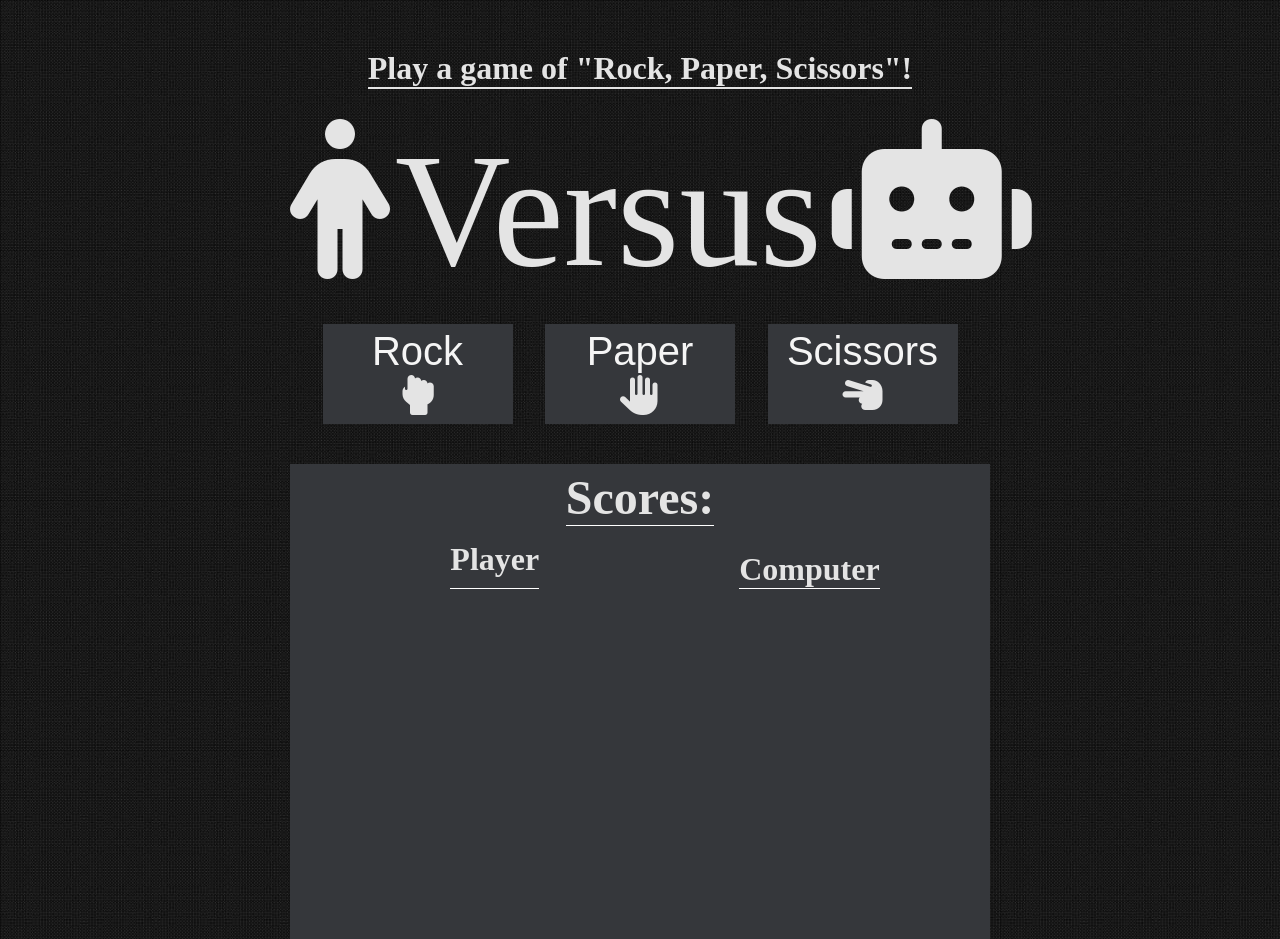
Repository: Pafestivo/rock-paper-scissors
Page: index.html
The author's editor kept a copy of each file at every save. The page is drawn from the files as they stood at one save, then again after the next save.
The browser window is 1280 px wide. The pictures show the whole page.
Some web libraries are served in a nearby version.

Above is the page before, as saved 2022-10-14 15:40:56.

After the next save:
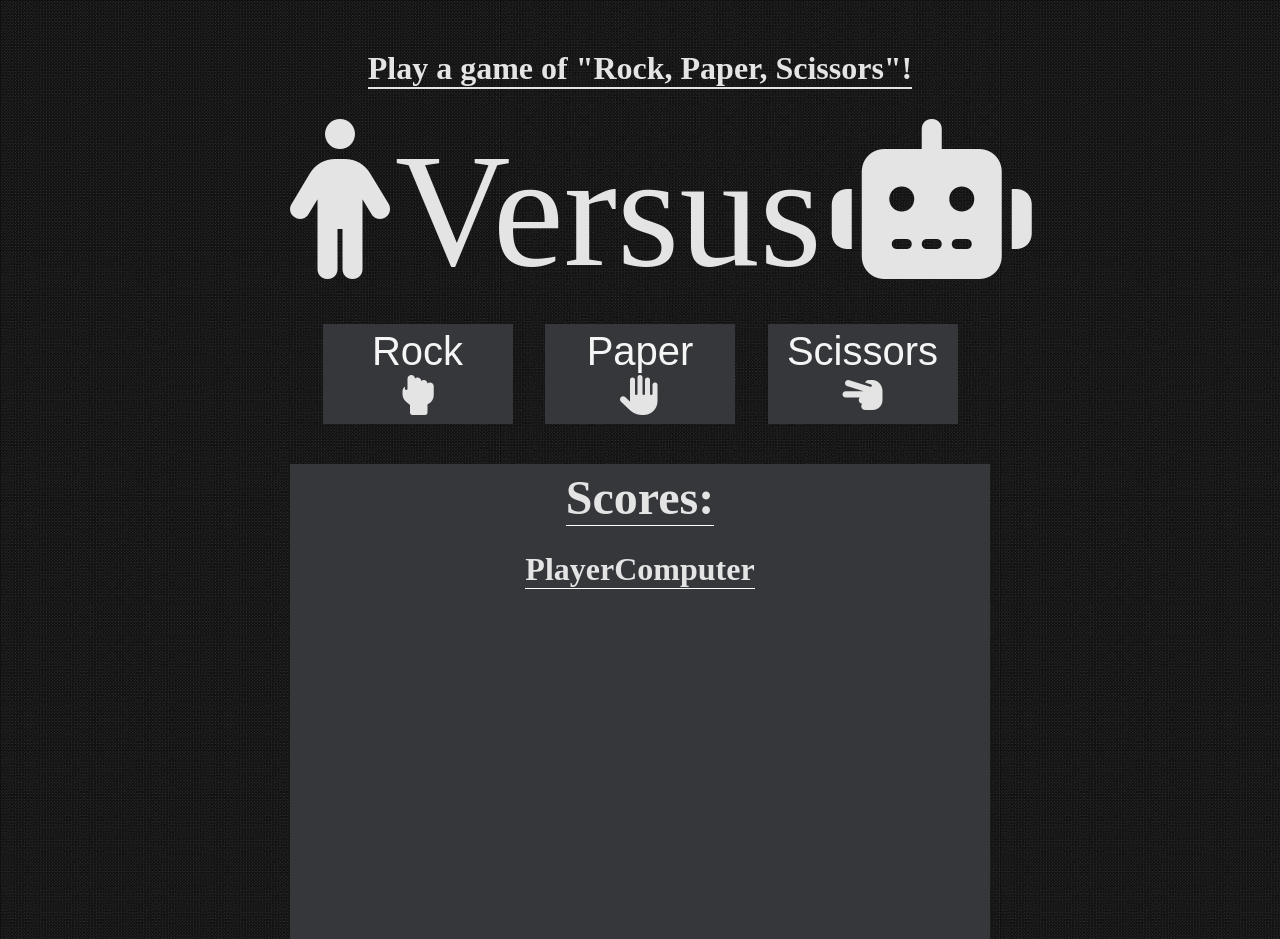
Saved 7 s later.
--- a/styles.css
+++ b/styles.css
@@ -92,7 +92,6 @@ button:focus {
 }
 
 .player {
-  margin: 0 200px 0 50px;
 }
 
 .round-result {
